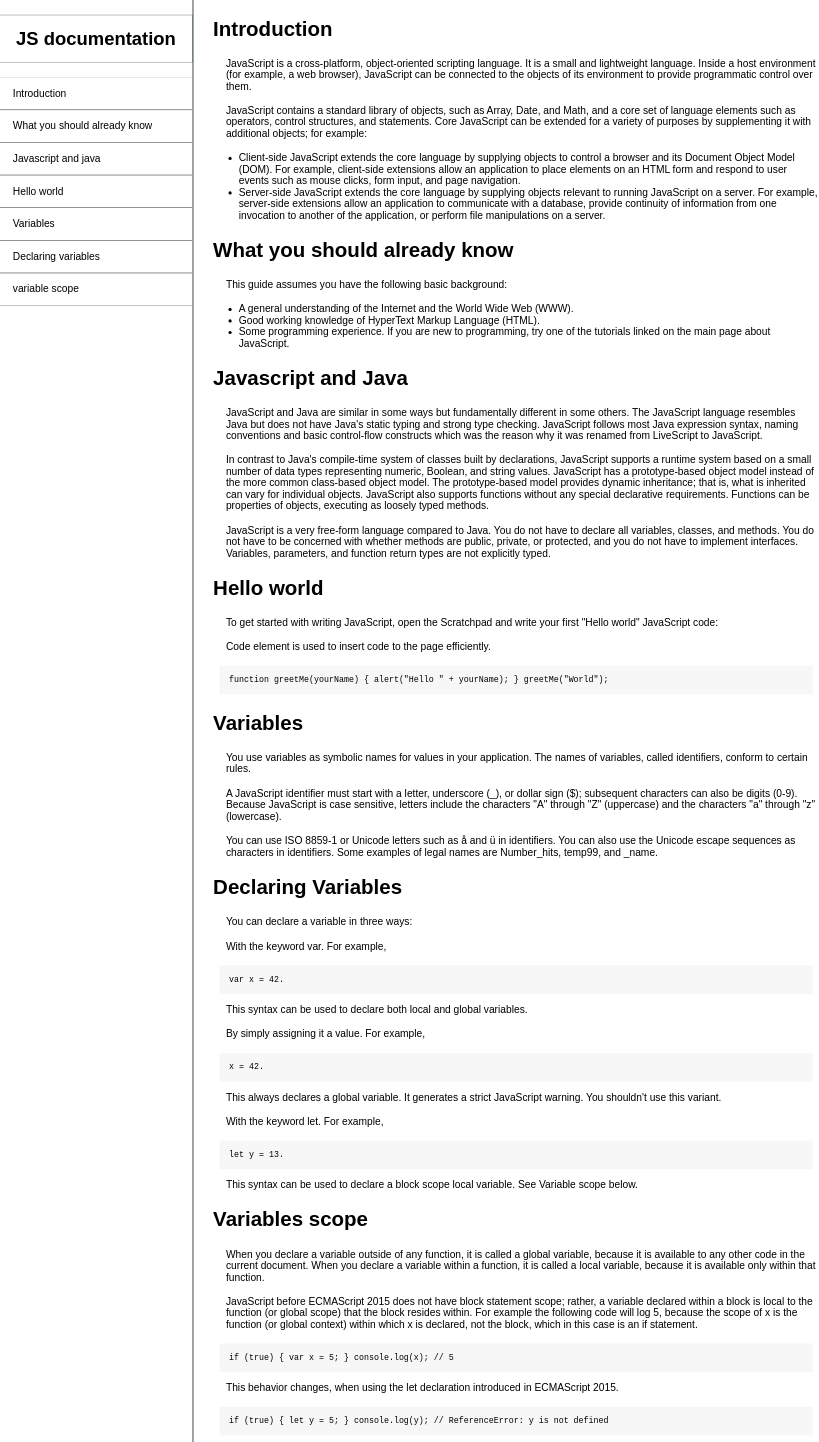
Repository: Pafestivo/Technical-documentation
Page: index.html
These files come from the project's save history. The page is drawn as it stood at one moment and after the next save; the edit follows.
The browser window is 1280 px wide. The pictures show the whole page, at 64% of full size.

Above is the page before, as saved 2022-09-07 14:24:51.

### index.html
<!DOCTYPE html>
<html lang="en">
<head>
    <meta charset="UTF-8">
    <meta name="viewport" content="width=device-width, initial-scale=1.0">
    <link rel="stylesheet" href="styles.css">
    <title>Technical Documentation Page</title>
</head>
<body>
  <nav id="navbar">
    <header>
      <h1>JS documentation</h1>
    </header>
    <ul>
      <li><a id="nav-link" href="#introduction">Introduction</a></li>
      <li><a id="nav-link" href="#what_you_should_already_know">What you should already know</a></li>
      <li><a id="nav-link" href="#javascript_and_Java">Javascript and java</a></li>
      <li><a id="nav-link" href="#hello_world">Hello world</a></li>
      <li><a id="nav-link" href="#variables">Variables</a></li>
      <li><a id="nav-link" href="#declaring_variables">Declaring variables</a></li>
      <li><a id="nav-link" href="#variable_scope">variable scope</a></li>
    </ul>
  </nav>
  <main id="main-doc">
    <section id="introduction" class="main-section">
      <h1>Introduction</h1>

      <p>JavaScript is a cross-platform, object-oriented scripting language. It is a small and lightweight language. Inside a host environment (for example, a web browser), JavaScript can be connected to the objects of its environment to provide programmatic control over them.</p>

      <p>JavaScript contains a standard library of objects, such as Array, Date, and Math, and a core set of language elements such as operators, control structures, and statements. Core JavaScript can be extended for a variety of purposes by supplementing it with additional objects; for example:</p>

      <ul>
        <li>Client-side JavaScript extends the core language by supplying objects to control a browser and its Document Object Model (DOM). For example, client-side extensions allow an application to place elements on an HTML form and respond to user events such as mouse clicks, form input, and page navigation.</li>
        <li>Server-side JavaScript extends the core language by supplying objects relevant to running JavaScript on a server. For example, server-side extensions allow an application to communicate with a database, provide continuity of information from one invocation to another of the application, or perform file manipulations on a server.</li>
      </ul>
    </section>

    <section id="what_you_should_already_know" class="main-section">
        <h1>What you should already know</h1>

        <p>This guide assumes you have the following basic background:</p>

        <ul>
          <li>A general understanding of the Internet and the World Wide Web (WWW).</li>
          <li>Good working knowledge of HyperText Markup Language (HTML).</li>
          <li>Some programming experience. If you are new to programming, try one of the tutorials linked on the main page about JavaScript.</li>
        </ul>
      </section>

      <section id="javascript_and_Java" class="main-section">
        <h1>Javascript and Java</h1>

        <p>JavaScript and Java are similar in some ways but fundamentally different in some others. The JavaScript language resembles Java but does not have Java's static typing and strong type checking. JavaScript follows most Java expression syntax, naming conventions and basic control-flow constructs which was the reason why it was renamed from LiveScript to JavaScript.</p>

        <p>In contrast to Java's compile-time system of classes built by declarations, JavaScript supports a runtime system based on a small number of data types representing numeric, Boolean, and string values. JavaScript has a prototype-based object model instead of the more common class-based object model. The prototype-based model provides dynamic inheritance; that is, what is inherited can vary for individual objects. JavaScript also supports functions without any special declarative requirements. Functions can be properties of objects, executing as loosely typed methods.</p>

        <p>JavaScript is a very free-form language compared to Java. You do not have to declare all variables, classes, and methods. You do not have to be concerned with whether methods are public, private, or protected, and you do not have to implement interfaces. Variables, parameters, and function return types are not explicitly typed.</p>
      </section>

      <section id="hello_world" class="main-section">
        <h1>Hello world</h1>
        <p>To get started with writing JavaScript, open the Scratchpad and write your first "Hello world" JavaScript code:</p>

        <p>Code element is used to insert code to the page efficiently.</p>
        <code>
            function greetMe(yourName) { alert("Hello " + yourName); }
            greetMe("World");
        </code>
      </section>

      <section id="variables" class="main-section">
        <h1>Variables</h1>

        <p>You use variables as symbolic names for values in your application. The names of variables, called identifiers, conform to certain rules.</p>

        <p>A JavaScript identifier must start with a letter, underscore (_), or dollar sign ($); subsequent characters can also be digits (0-9). Because JavaScript is case sensitive, letters include the characters "A" through "Z" (uppercase) and the characters "a" through "z" (lowercase).</p>

        <p>You can use ISO 8859-1 or Unicode letters such as å and ü in identifiers. You can also use the Unicode escape sequences as characters in identifiers. Some examples of legal names are Number_hits, temp99, and _name.</p>
      </section>

      <section id="declaring_variables" class="main-section">
        <h1>Declaring Variables</h1>

        <p>You can declare a variable in three ways:</p>

        <p>With the keyword var. For example,</p>
        <code>
            var x = 42.
        </code>

        <p>This syntax can be used to declare both local and global variables.</p>

        <p>By simply assigning it a value. For example,</p>
        <code>
            x = 42.
        </code>

        <p>This always declares a global variable. It generates a strict JavaScript warning. You shouldn't use this variant.</p>

        <p>With the keyword let. For example,</p>
        <code>
            let y = 13.
        </code>

        <p>This syntax can be used to declare a block scope local variable. See Variable scope below.</p>
      </section>

      <section id="variable_scope" class="main-section">
        <h1>Variables scope</h1>

        <p>When you declare a variable outside of any function, it is called a global variable, because it is available to any other code in the current document. When you declare a variable within a function, it is called a local variable, because it is available only within that function.</p>

        <p>JavaScript before ECMAScript 2015 does not have block statement scope; rather, a variable declared within a block is local to the function (or global scope) that the block resides within. For example the following code will log 5, because the scope of x is the function (or global context) within which x is declared, not the block, which in this case is an if statement.</p>
        <code>
            if (true) { var x = 5; } console.log(x); // 5
        </code>

        <p>This behavior changes, when using the let declaration introduced in ECMAScript 2015.</p>
        <code>
            if (true) { let y = 5; } console.log(y); // ReferenceError: y is
not defined
        </code>
  </main>

</body>
</html>

### styles.css
html {
  box-sizing: border-box;
  scroll-behavior: smooth;
}

body {
  font-family: sans-serif;
  display: flex;
  padding: 0;
  margin: 0;
  min-width: 290px;
}

/* Navigation bar  */
#navbar {
  border-right: solid;
  border-color: rgba(0, 22, 22, 0.4);
  min-width: 300px;
}

#navbar header {
  margin: -1px;
}

#navbar header h1{
  padding: 20px;
  font-size: 1.8rem;
  border: 1px solid rgba(0, 22, 22, 0.4);
  text-align: center;
}

#navbar ul {
  list-style: none;
  height: 90%;
  margin: 0;
  padding: 0;
  overflow-y: auto;
  overflow-x: hidden;
}

#navbar ul li {
  margin: -1px;
}

#navbar ul a {
  /* used flex to align the text vertically. */
  display: flex;
  align-items: center;
  text-decoration: none;
  color: #000;
  height: 50px;
  padding-left: 20px;
  border: 1px solid rgba(0, 22, 22, 0.4);
}

#navbar ul a:hover {
  transform: scale(1.01);
  border-color: transparent;
}

/* 800px media query */
@media (max-width: 800px) {
  body {
    display: block;
  }

  #navbar {
    height: 300px;
    overflow: hidden;
  }

  #navbar ul {
    width: 80%;
    margin: 0 auto;
  }

  #navbar h1 {
    width: 50%;
    background-color: purple;
    margin-left: 20px;
  }
}
/* end of 800px media query. */
/* Navigation bar end  */

/* Main area */
#main-doc {
  margin-left: 30px;
}

#main-doc h1 {
  font-size: 2rem;
}

p {
  margin-bottom: 20px;
  margin-left: 20px;
}

code {
  display: block;
  background-color: #f7f7f7;
  padding: 15px;
  margin: 10px;
}
/* Main area end */

After the next save:
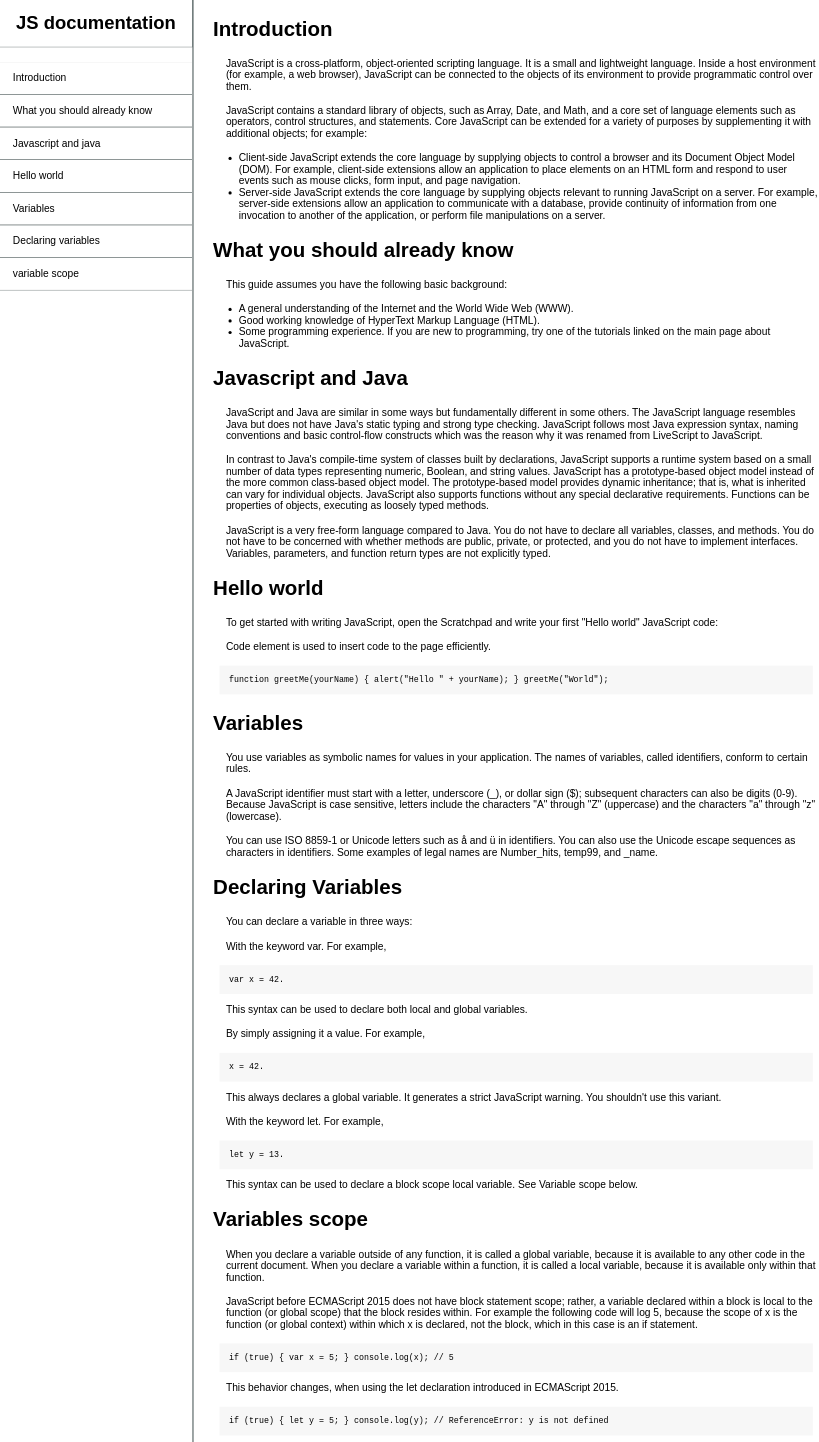
Saved 13 s later.
--- a/styles.css
+++ b/styles.css
@@ -23,6 +23,7 @@ body {
 }
 
 #navbar header h1{
+  margin-top: 0;
   padding: 20px;
   font-size: 1.8rem;
   border: 1px solid rgba(0, 22, 22, 0.4);
